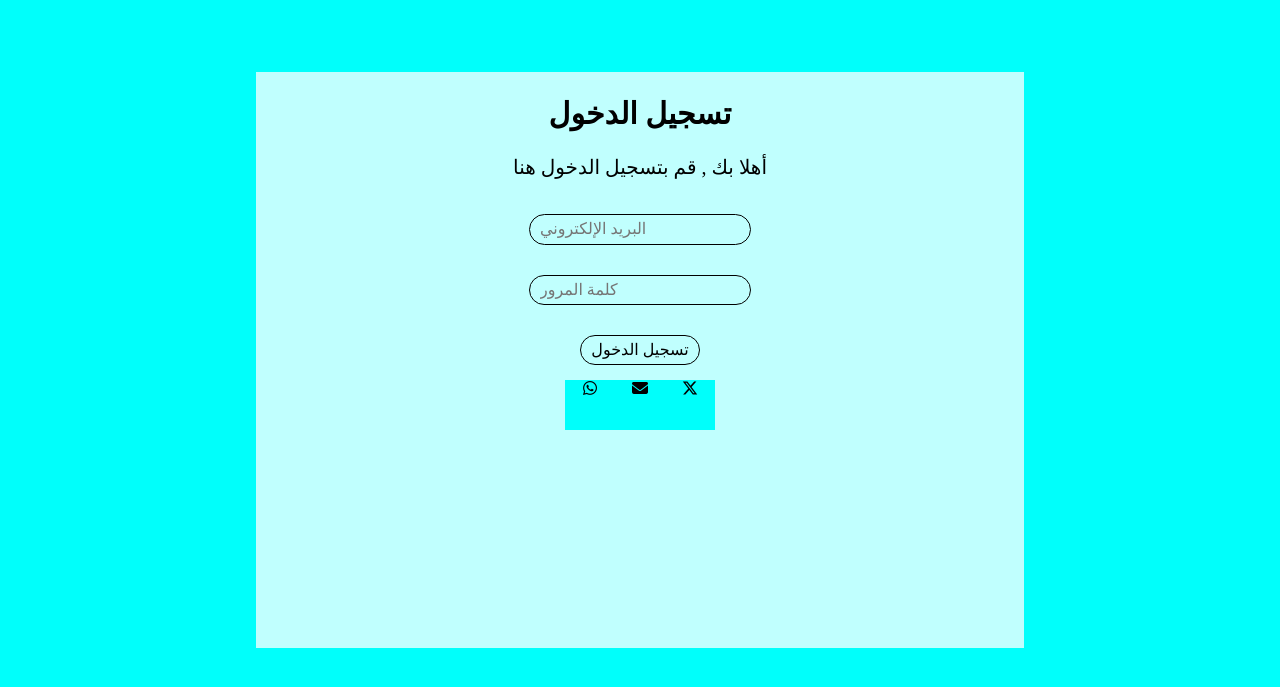
Repository: FaisalFahed/login-page
Page: html/صفحة تسجيل دخول.html
An editor plug-in stored every save of this project. The page is shown before and after the next save, followed by the edit.
The browser window is 1280 px wide. The pictures show the whole page.
Some web fonts or font styles are not loaded; a fallback is used.

Above is the page before, as saved 2025-04-01 08:42:42.

### html/صفحة تسجيل دخول.html
<!DOCTYPE html>
<html lang="en">
<head>
    <meta charset="UTF-8">
    <meta name="viewport" content="width=device-width, initial-scale=1.0">
    <link rel="stylesheet" href="css/normlaize.css">
    <link rel="stylesheet" href="../css/صفحة تسجيل دخول.css">
    <!-- Font Awesome -->
    <link rel="stylesheet" href="../css/all.min.css">
    <!-- Google Fonts -->
    <link rel="preconnect" href="https://fonts.googleapis.com">
    <link rel="preconnect" href="https://fonts.gstatic.com" crossorigin>
    <link href="https://fonts.googleapis.com/css2?family=Markazi+Text:wght@400..700&display=swap" rel="stylesheet">
    <title>Faisal | صفحة تسجيل دخول</title>
</head>
    <body>
        <div class="container">
            <div class="text">
                <h2>تسجيل الدخول</h2>
                <p>أهلا بك , قم بتسجيل الدخول هنا</p>
            </div>
            <div class="log-in">
                <input type="email" placeholder="البريد الإلكتروني">
                <input type="password" placeholder="كلمة المرور">
                <input type="submit" value="تسجيل الدخول">
            </div>
            <div class="icons">
                <ul>
                    <li><a href="#"><i class="fa-brands fa-whatsapp"></i></a></li>
                    <li><a href="#"><i class="fa-solid fa-envelope"></i></a></li>
                    <li><a href="#"><i class="fa-brands fa-x-twitter"></i></a></li>
                </ul>
            </div>
        </div>
    </body>
</html>

### css/normlaize.css
/*! normalize.css v8.0.1 | MIT License | github.com/necolas/normalize.css */

/* Document
   ========================================================================== */

/**
 * 1. Correct the line height in all browsers.
 * 2. Prevent adjustments of font size after orientation changes in iOS.
 */

 html {
  line-height: 1.15; /* 1 */
  -webkit-text-size-adjust: 100%; /* 2 */
}

/* Sections
   ========================================================================== */

/**
 * Remove the margin in all browsers.
 */

body {
  margin: 0;
}

/**
 * Render the `main` element consistently in IE.
 */

main {
  display: block;
}

/**
 * Correct the font size and margin on `h1` elements within `section` and
 * `article` contexts in Chrome, Firefox, and Safari.
 */

h1 {
  font-size: 2em;
  margin: 0.67em 0;
}

/* Grouping content
   ========================================================================== */

/**
 * 1. Add the correct box sizing in Firefox.
 * 2. Show the overflow in Edge and IE.
 */

hr {
  box-sizing: content-box; /* 1 */
  height: 0; /* 1 */
  overflow: visible; /* 2 */
}

/**
 * 1. Correct the inheritance and scaling of font size in all browsers.
 * 2. Correct the odd `em` font sizing in all browsers.
 */

pre {
  font-family: monospace, monospace; /* 1 */
  font-size: 1em; /* 2 */
}

/* Text-level semantics
   ========================================================================== */

/**
 * Remove the gray background on active links in IE 10.
 */

a {
  background-color: transparent;
}

/**
 * 1. Remove the bottom border in Chrome 57-
 * 2. Add the correct text decoration in Chrome, Edge, IE, Opera, and Safari.
 */

abbr[title] {
  border-bottom: none; /* 1 */
  text-decoration: underline; /* 2 */
  text-decoration: underline dotted; /* 2 */
}

/**
 * Add the correct font weight in Chrome, Edge, and Safari.
 */

b,
strong {
  font-weight: bolder;
}

/**
 * 1. Correct the inheritance and scaling of font size in all browsers.
 * 2. Correct the odd `em` font sizing in all browsers.
 */

code,
kbd,
samp {
  font-family: monospace, monospace; /* 1 */
  font-size: 1em; /* 2 */
}

/**
 * Add the correct font size in all browsers.
 */

small {
  font-size: 80%;
}

/**
 * Prevent `sub` and `sup` elements from affecting the line height in
 * all browsers.
 */

sub,
sup {
  font-size: 75%;
  line-height: 0;
  position: relative;
  vertical-align: baseline;
}

sub {
  bottom: -0.25em;
}

sup {
  top: -0.5em;
}

/* Embedded content
   ========================================================================== */

/**
 * Remove the border on images inside links in IE 10.
 */

img {
  border-style: none;
}

/* Forms
   ========================================================================== */

/**
 * 1. Change the font styles in all browsers.
 * 2. Remove the margin in Firefox and Safari.
 */

button,
input,
optgroup,
select,
textarea {
  font-family: inherit; /* 1 */
  font-size: 100%; /* 1 */
  line-height: 1.15; /* 1 */
  margin: 0; /* 2 */
}

/**
 * Show the overflow in IE.
 * 1. Show the overflow in Edge.
 */

button,
input { /* 1 */
  overflow: visible;
}

/**
 * Remove the inheritance of text transform in Edge, Firefox, and IE.
 * 1. Remove the inheritance of text transform in Firefox.
 */

button,
select { /* 1 */
  text-transform: none;
}

/**
 * Correct the inability to style clickable types in iOS and Safari.
 */

button,
[type="button"],
[type="reset"],
[type="submit"] {
  -webkit-appearance: button;
}

/**
 * Remove the inner border and padding in Firefox.
 */

button::-moz-focus-inner,
[type="button"]::-moz-focus-inner,
[type="reset"]::-moz-focus-inner,
[type="submit"]::-moz-focus-inner {
  border-style: none;
  padding: 0;
}

/**
 * Restore the focus styles unset by the previous rule.
 */

button:-moz-focusring,
[type="button"]:-moz-focusring,
[type="reset"]:-moz-focusring,
[type="submit"]:-moz-focusring {
  outline: 1px dotted ButtonText;
}

/**
 * Correct the padding in Firefox.
 */

fieldset {
  padding: 0.35em 0.75em 0.625em;
}

/**
 * 1. Correct the text wrapping in Edge and IE.
 * 2. Correct the color inheritance from `fieldset` elements in IE.
 * 3. Remove the padding so developers are not caught out when they zero out
 *    `fieldset` elements in all browsers.
 */

legend {
  box-sizing: border-box; /* 1 */
  color: inherit; /* 2 */
  display: table; /* 1 */
  max-width: 100%; /* 1 */
  padding: 0; /* 3 */
  white-space: normal; /* 1 */
}

/**
 * Add the correct vertical alignment in Chrome, Firefox, and Opera.
 */

progress {
  vertical-align: baseline;
}

/**
 * Remove the default vertical scrollbar in IE 10+.
 */

textarea {
  overflow: auto;
}

/**
 * 1. Add the correct box sizing in IE 10.
 * 2. Remove the padding in IE 10.
 */

[type="checkbox"],
[type="radio"] {
  box-sizing: border-box; /* 1 */
  padding: 0; /* 2 */
}

/**
 * Correct the cursor style of increment and decrement buttons in Chrome.
 */

[type="number"]::-webkit-inner-spin-button,
[type="number"]::-webkit-outer-spin-button {
  height: auto;
}

/**
 * 1. Correct the odd appearance in Chrome and Safari.
 * 2. Correct the outline style in Safari.
 */

[type="search"] {
  -webkit-appearance: textfield; /* 1 */
  outline-offset: -2px; /* 2 */
}

/**
 * Remove the inner padding in Chrome and Safari on macOS.
 */

[type="search"]::-webkit-search-decoration {
  -webkit-appearance: none;
}

/**
 * 1. Correct the inability to style clickable types in iOS and Safari.
 * 2. Change font properties to `inherit` in Safari.
 */

::-webkit-file-upload-button {
  -webkit-appearance: button; /* 1 */
  font: inherit; /* 2 */
}

/* Interactive
   ========================================================================== */

/*
 * Add the correct display in Edge, IE 10+, and Firefox.
 */

details {
  display: block;
}

/*
 * Add the correct display in all browsers.
 */

summary {
  display: list-item;
}

/* Misc
   ========================================================================== */

/**
 * Add the correct display in IE 10+.
 */

template {
  display: none;
}

/**
 * Add the correct display in IE 10.
 */

[hidden] {
  display: none;
}

### css/صفحة تسجيل دخول.css
*{
    box-sizing: border-box;
}

:root{
    --main-color: #ff1f1fd6;
    --main-color-alt: #1787E0;
    --main-transition-duration: 0.3s;
    --main-padding-top: 100px;
    --main-padding-bottom: 100px;
    --section-background: #ECECEC;
}

html{
    scroll-behavior: smooth;
}

body{
    font-family: "Markazi Text", serif;
    background-color: #00fffb;
    display: flex;
    width: 100vw;
    height: 100vh;
    justify-content: center;
    align-items: center;
}

a{
    text-decoration: none;
}

ul{
    list-style: none;
    padding: 0;
    margin: 0;
}

.container{
    padding-left: 15px;
    padding-right: 15px;
    margin-left: auto;
    margin-right: auto;
    background-color: rgba(255, 255, 255, 0.753);
    height: 80vh;
    width: 60vw;
    text-align: center;
}

.text{
    font-size: 20px;
}
.log-in{
    display: flex;
    flex-direction: column;
    align-items: center;
    justify-content: center;
}
.log-in input{
    border: none;
    outline: none;
    padding: 5px 10px;
    margin: 15px 0;
    background-color: transparent;
    border: 1px solid black;
    border-radius: 16px;
    position: relative;
}

.icons ul{
    display: flex;
    align-items: center;
    justify-content: center;
}
.icons ul li a{
    color: black;
    border-radius: 50%;
}
.icons ul li a i{
    background-color: rgb(0, 255, 251);
    width: 50px;
    height: 50px;
}
/* @media (min-width:768px){
    .container{
        width: 750px;
    }
}

@media (min-width:992px){
    .container{
        width: 970px;
    }
}

@media (min-width:1200px){
    .container{
        width: 1170px;
    }
} */

Loaded but not shown: css/all.min.css (library)

After the next save:
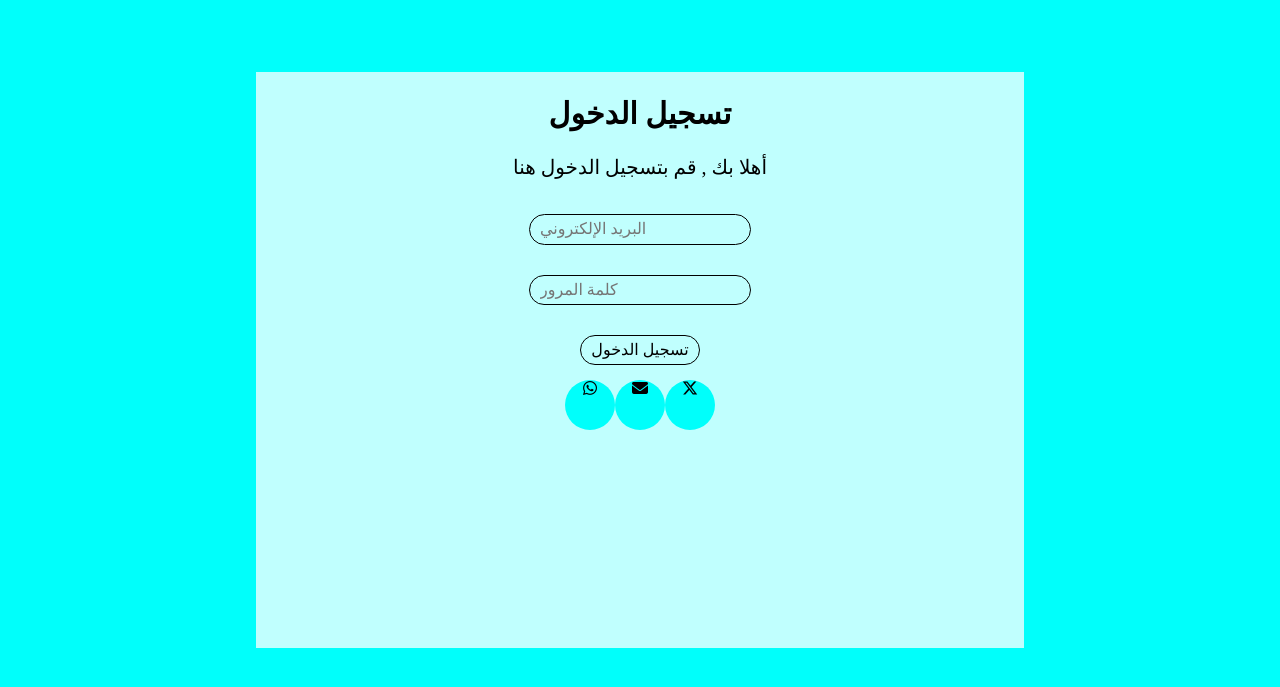
Saved 5 s later.
--- a/css/صفحة تسجيل دخول.css
+++ b/css/صفحة تسجيل دخول.css
@@ -73,12 +73,12 @@ ul{
 }
 .icons ul li a{
     color: black;
-    border-radius: 50%;
 }
 .icons ul li a i{
     background-color: rgb(0, 255, 251);
     width: 50px;
     height: 50px;
+    border-radius: 50%;
 }
 /* @media (min-width:768px){
     .container{
